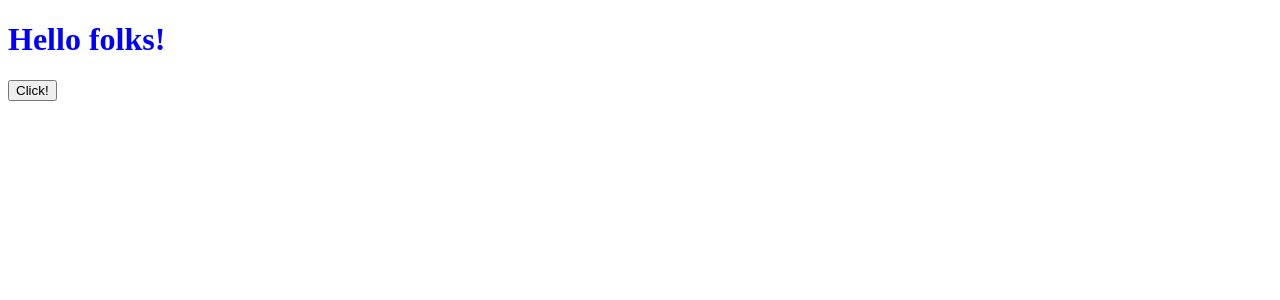
Repository: aakriti-tech/GlobalLogic
Page: Akki/WebContent/index.html
These files come from the project's save history. The page is drawn as it stood at one moment and after the next save; the edit follows.
The browser window is 1280 px wide. The pictures show the whole page.

Above is the page before, as saved 2022-08-01 05:41:25.

### Akki/WebContent/index.html
<!DOCTYPE html>
<html>
<head>
<meta charset="ISO-8859-1">
<title>First Web App</title>
</head>
<body>

<h1 style="color: blue">Hello folks!</h1>
<button type="button">Click!</button>

</body>
</html>

After the next save:
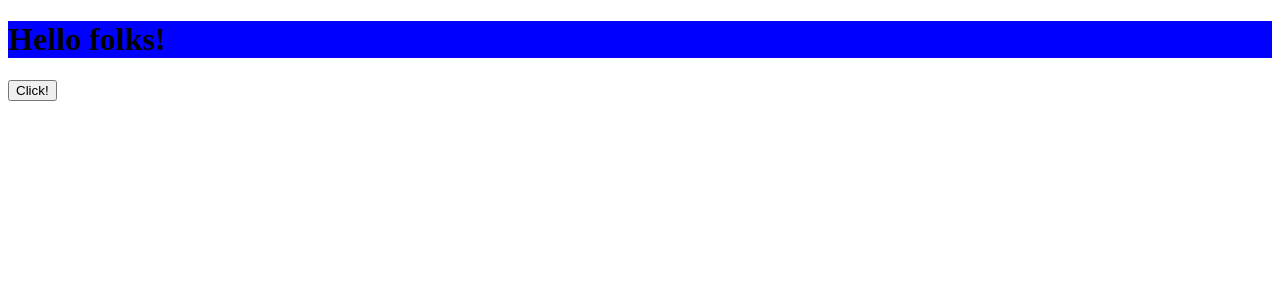
Saved 41 s later.
--- a/Akki/WebContent/index.html
+++ b/Akki/WebContent/index.html
@@ -6,7 +6,7 @@
 </head>
 <body>
 
-<h1 style="color: blue">Hello folks!</h1>
+<h1 style="background-color: blue">Hello folks!</h1>
 <button type="button">Click!</button>
 
 </body>
